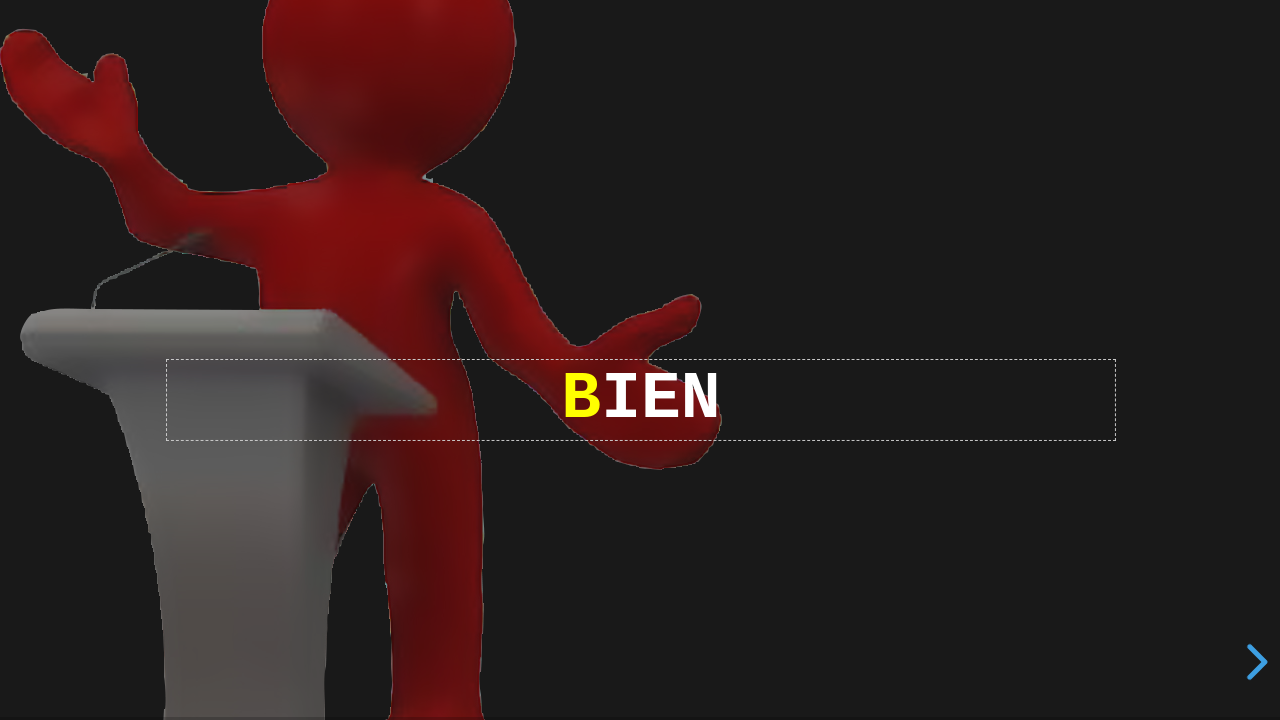
Repository: cutesquirrel/pres-college
Page: index.html
The author's editor kept a copy of each file at every save. The page is drawn from the files as they stood at one save, then again after the next save.
The browser window is 1280 px wide. The pictures show the whole page.

Above is the page before, as saved 2024-03-31 10:55:49.

After the next save:
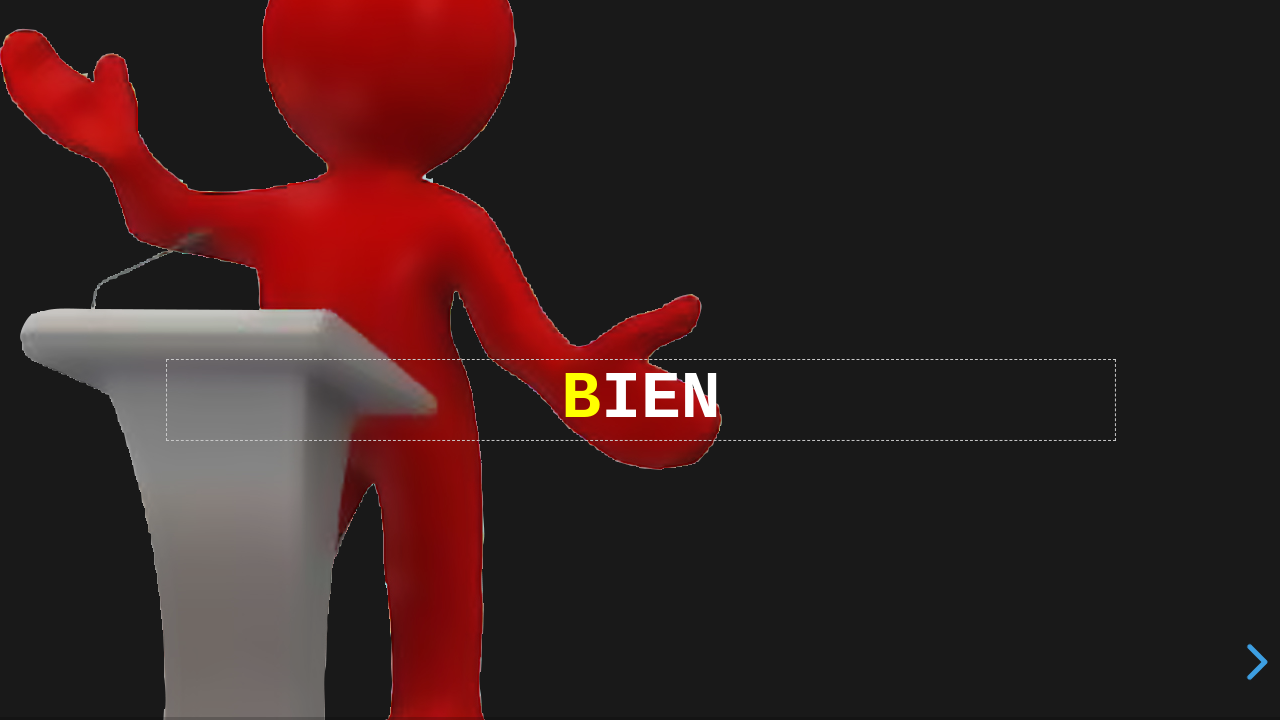
Saved 16 s later.
--- a/index.html
+++ b/index.html
@@ -17,7 +17,7 @@
 	<body>
 		<div class="reveal">
 			<div class="slides">
-				<section data-background-image="./whoami.png" data-background-size="722px" data-background-position="left" data-background-repeat="no-repeat" data-background-opacity="0.5">
+				<section data-background-image="./whoami.png" data-background-size="722px" data-background-position="left" data-background-repeat="no-repeat" data-background-opacity="0.8">
 					<h2 class="animate-text">Bienvenue !</h2>
 				</section>
 				<section data-background-image="./whoami.png" data-background-size="722px" data-background-position="left" data-background-repeat="no-repeat" data-background-opacity="0.5">
